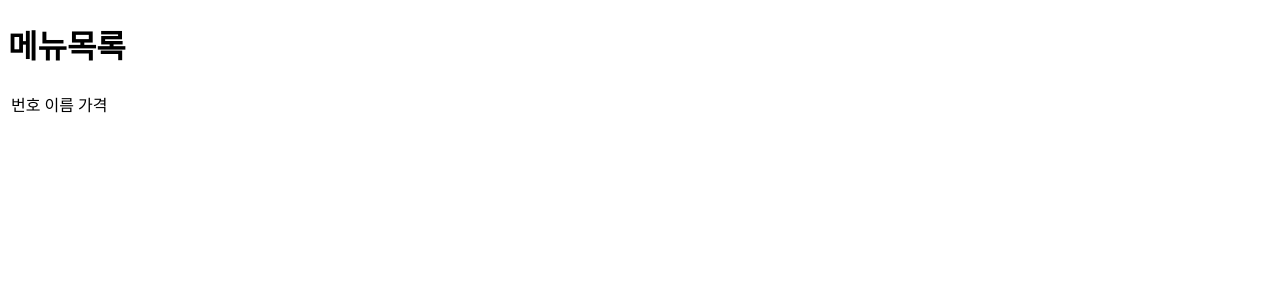
Repository: 12hongkildong/ttest
Page: http://localhost/webPrj/menu/list2
An editor plug-in stored every save of this project. The page is shown before and after a run of saves, followed by the edit.
The browser window is 1280 px wide. The pictures show the whole page.
The page is served by Tomcat 10. Other server files are loaded and not shown. Queries for data that is not in the repository find no rows.

Above is the page before, as saved 2023-02-15 10:40:05.

### workspace/webPrj/src/main/java/com/newlecture/web/controller/menu/ListController2.java
package com.newlecture.web.controller.menu;

import java.io.IOException;
import java.io.PrintWriter;
import java.sql.Connection;
import java.sql.DriverManager;
import java.sql.ResultSet;
import java.sql.SQLException;
import java.sql.Statement;
import java.util.ArrayList;
import java.util.List;

import com.newlecture.web.entity.GList;
import com.newlecture.web.entity.Menu;
import com.newlecture.web.service.MenuService;

import jakarta.servlet.ServletException;
import jakarta.servlet.annotation.WebServlet;
import jakarta.servlet.http.HttpServlet;
import jakarta.servlet.http.HttpServletRequest;
import jakarta.servlet.http.HttpServletResponse;

@WebServlet("/menu/list2")
public class ListController2 extends HttpServlet{

	private MenuService service;
	@Override
	protected void doGet(HttpServletRequest req, HttpServletResponse resp) throws ServletException, IOException {
//		GList<Menu> menus = new GList<Menu>();

//		NList menus = new NList();

		resp.setCharacterEncoding("UTF-8");
		//브라우저에서 html로 읽고 UTF-8로 읽어라 하고 헤더에 넣어줌.
		resp.setContentType("text/html; charset=UTF-8");

		PrintWriter out = resp.getWriter();
		out.print("hello");

//		Menu[] list = service.getList();
//		int count = service.count();

		String query = "";
		String sql = String.format("select * from member where nicname like '%s'", "%"+query+"%") ;
		List<Menu> menus = new ArrayList<>();
		try {
			Class.forName("oracle.jdbc.driver.OracleDriver");
			String url = "jdbc:oracle:thin:@oracle.newlecture.com:1521/xepdb1";
			Connection con = DriverManager.getConnection(url, "NEWLEC", "rland");

			Statement st = con.createStatement();
			ResultSet rs = st.executeQuery(sql);

//			Menu[] menus = new Menu[100];




			// 필터링, 집계, 정렬
			while(rs.next())	// 서버의 커서를 한칸 내리고 그 위치의 레코드를 옮겨 오는 것. -> 레코드 하나가 저장되는 공간은?
			{
				int id = rs.getInt("id");
				String name = rs.getString("name");
				String nicName = rs.getString("nicname");

				Menu menu = new Menu(id, name, 1000, "");

				menus.add(menu);

//				menus.add(3);
			}

			con.close();

		} catch (ClassNotFoundException e) {
			// TODO Auto-generated catch block
			e.printStackTrace();
		} catch (SQLException e) {
			// TODO Auto-generated catch block
			e.printStackTrace();
		}

//		resp.sendRedirect("listview");

		//request에 담아둠.
		req.setAttribute("menus", menus);

//		req.getR equestDispatcher("/WEB-INF/view/menu/list2.jsp").forward(req, resp);
		req.getRequestDispatcher("listview").forward(req, resp);
//		============================================

//		out.write("<!DOCTYPE html>");
//		out.write("<html>");
//		out.write("<head>");
//		out.write("<meta charset=\"UTF-8\">");
//		out.write("<title>Insert title here</title>");
//		out.write("</head>");
//		out.write("<body>");
//		out.write("<h1>메뉴 목록</h1>");
//		out.write("<table>");
//		out.write("<tr>");
//		out.write("<td>번호</td>");
//		out.write("<td>이름</td>");
//		out.write("<td>가격</td>");
//		out.write("</tr>");
//
//		for(int i=0; i<menus.size(); i++) {
//			// 형식 변환
//			Menu m = (Menu) menus.get(i);
//
//		out.write("<tr>");
//		out.write("	<td>"+m.getId()+"</td>");
//		out.write("	<td>"+m.getName()+"</td>");
//		out.write("	<td>5000</td>");
//		out.write("</tr>");
//		}
//
//		out.write("</table>");
//		out.write("</body>");
//		out.write("</html>");

	}
}

### workspace/webPrj/src/main/webapp/WEB-INF/view/menu/list2.jsp
<%@page import="com.newlecture.web.entity.Menu"%>
<%@page import="java.util.List"%>
<%@ page language="java" contentType="text/html; charset=EUC-KR"
    pageEncoding="UTF-8"%>
<%
	List<Menu> list = (List<Menu>)request.getAttribute("menus");
%>
<%@ taglib prefix="c" uri="http://java.sun.com/jsp/jstl/core" %>
<!DOCTYPE html>
<html>
<head>
<meta charset="EUC-KR">
<title>Insert title here</title>
</head>
<body>
	<h1>메뉴목록</h1>
	<table>
		<tr>
			<td>번호</td>
			<td>이름</td>
			<td>가격</td>
		</tr>

		<c:forEach begin="1" end="5" step="1">

			<tr>
				<td>1</td>
				<td>아이스</td>
				<td>5000원</td>
				<%--
			<td><%=m.getId()%></td>
			<td><%=m.getName() %></td>
			<td><%=m.getPrice() %></td>
		 --%>
			</tr>
		</c:forEach>


	</table>
</body>
</html>

After the next 2 saves:
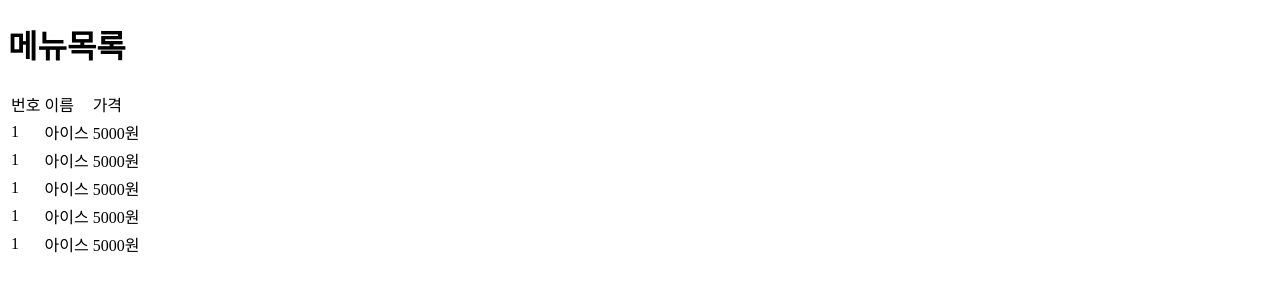
The 2 saves are shown as one change because 1 did not build or start.
The last was saved 11 min 21 s later.
--- a/workspace/webPrj/src/main/java/com/newlecture/web/controller/menu/ListController2.java
+++ b/workspace/webPrj/src/main/java/com/newlecture/web/controller/menu/ListController2.java
@@ -85,8 +85,8 @@ public class ListController2 extends HttpServlet{
 		//request에 담아둠.
 		req.setAttribute("menus", menus);
 
-//		req.getR equestDispatcher("/WEB-INF/view/menu/list2.jsp").forward(req, resp);
-		req.getRequestDispatcher("listview").forward(req, resp);
+		req.getRequestDispatcher("/WEB-INF/view/menu/list2.jsp").forward(req, resp);
+//		req.getRequestDispatcher("listview").forward(req, resp);
 //		============================================
 
 //		out.write("<!DOCTYPE html>");
